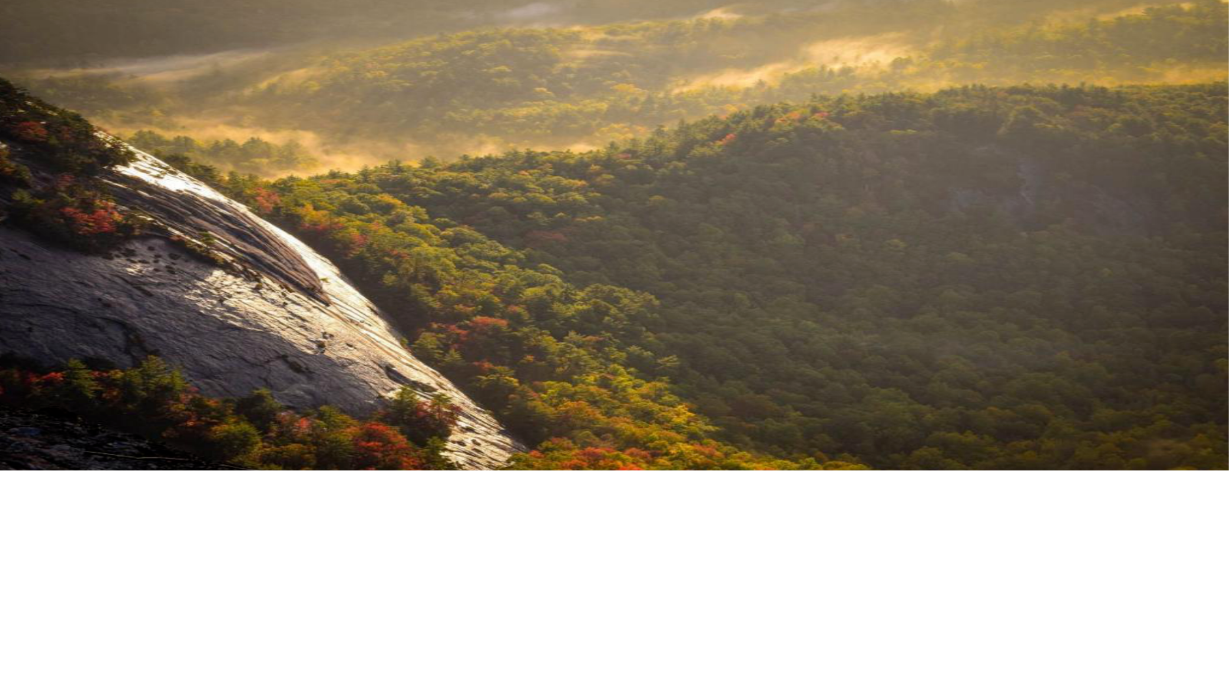
Repository: sogeisetsu/suy-ife
Page: 009-011/index.html
The author's editor kept a copy of each file at every save. The page is drawn from the files as they stood at one save, then again after a run of saves.
The browser window is 1280 px wide. The pictures show the whole page, at 96% of full size.

Above is the page before, as saved 2019-10-10 18:06:09.

After the next 2 saves:
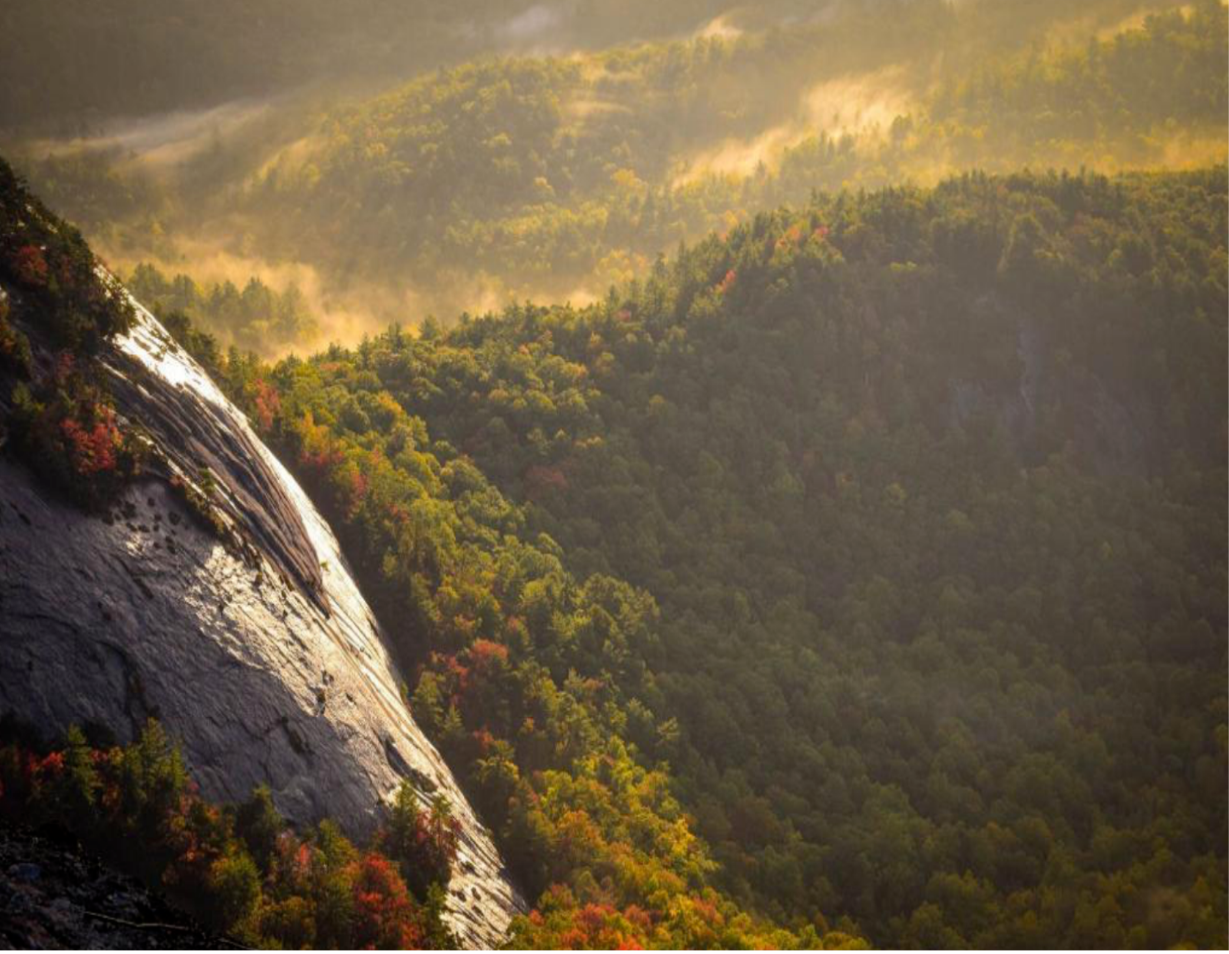
The 2 saves are shown as one change because they came seconds apart.
The last was saved 5 min 36 s later.
--- a/009-011/index.css
+++ b/009-011/index.css
@@ -5,7 +5,7 @@ html,body{
 }
 #head{
     width: 100%;
-    height: 490px;
+    height: 990px;
 }
 #headback{
     background-color: #616161;
